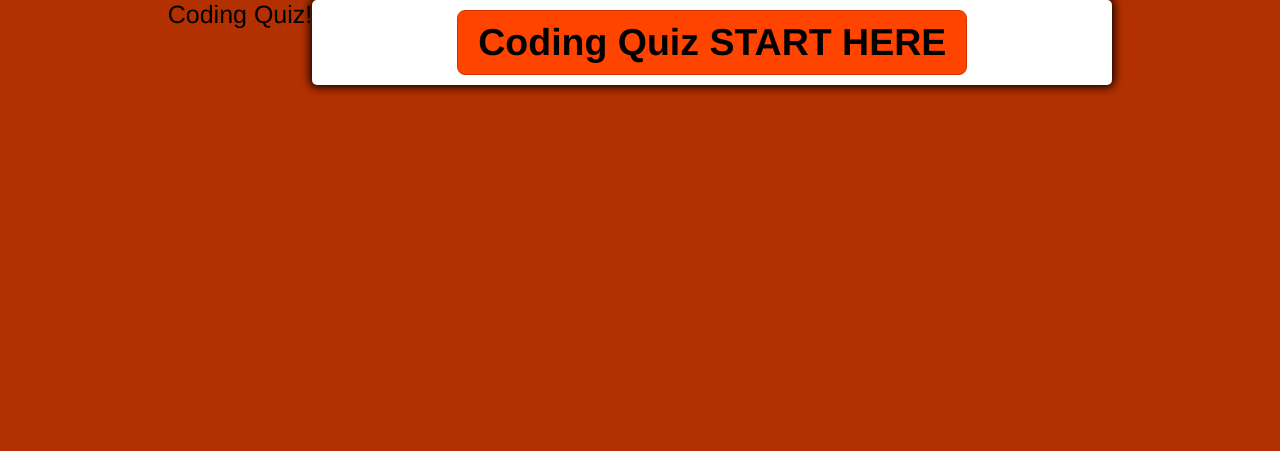
Repository: Vshepard879/Code-Quiz
Page: index.html
The author's editor kept a copy of each file at every save. The page is drawn from the files as they stood at one save, then again after the next save.
The browser window is 1280 px wide. The pictures show the whole page.

Above is the page before, as saved 2022-03-18 05:44:04.

After the next save:
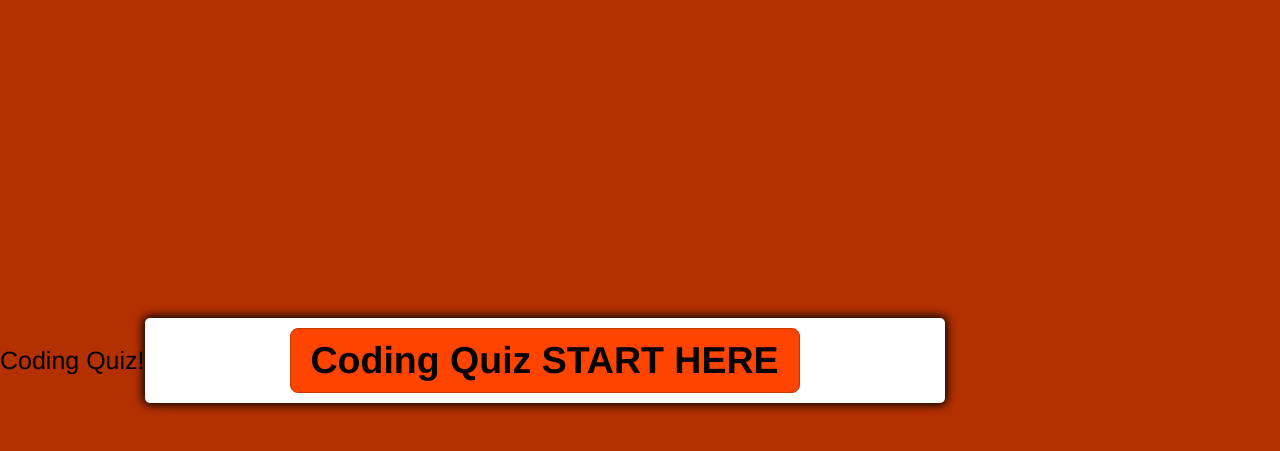
Saved 35 s later.
--- a/assets/css/style.css
+++ b/assets/css/style.css
@@ -22,8 +22,8 @@ body{
     display: flex;
     width: 100vw;
     height: 100vh;
-    justify-content:center;
-    align-items:flex-start;
+    justify-content:row;
+    align-items:center;
     background-color:hsl(var(--hue), 100%, 35%);
 }
 
